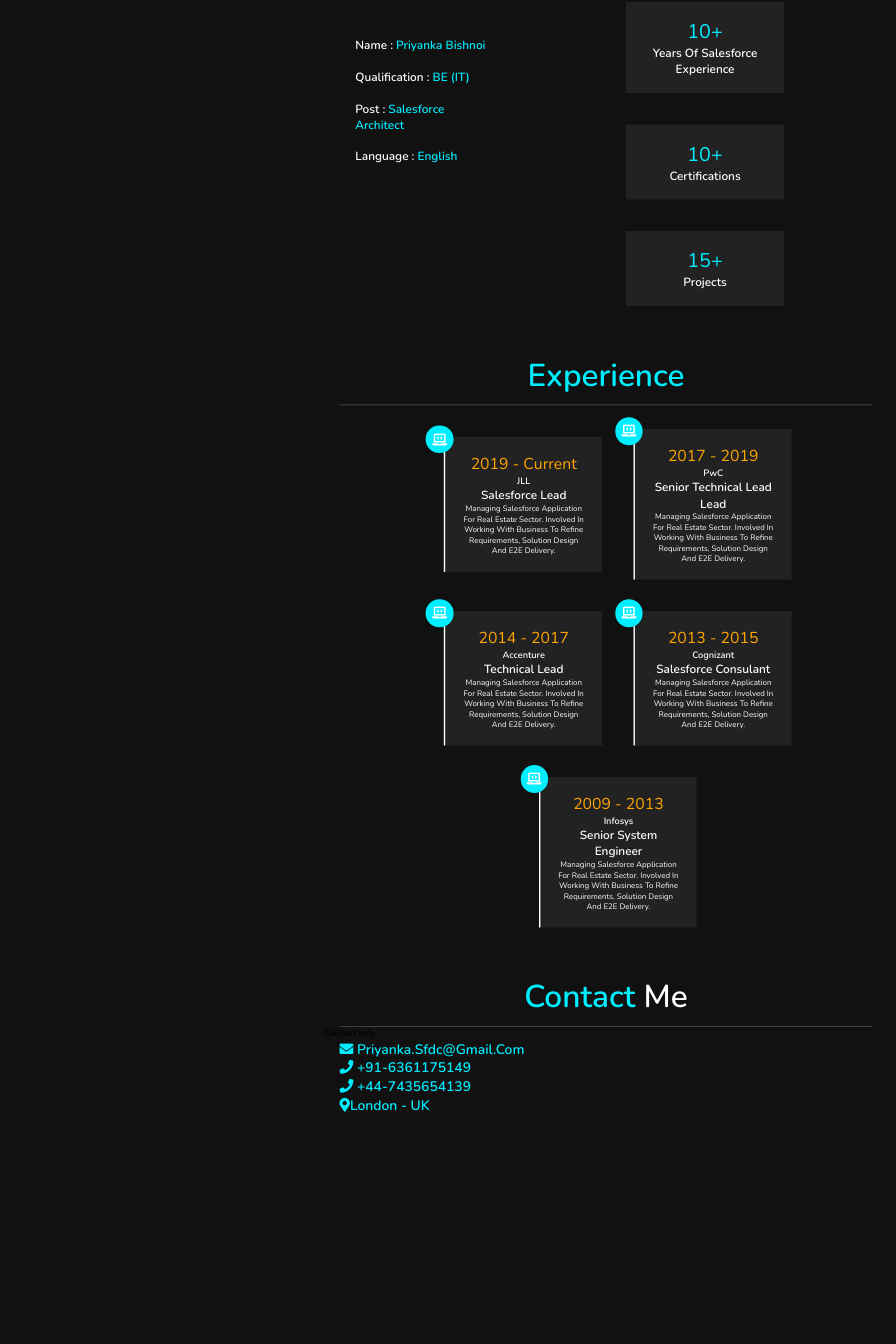
Repository: priyanka-bishnoi/PortfolioPage
Page: MyPage.html
These files come from the project's save history. The page is drawn as it stood at one moment and after the next save; the edit follows.
The browser window is 1280 px wide. The pictures show the part of the page from y = 1000 to 2920 px (the page is 3091 px tall), at 70% of full size.

Above is the page before, as saved 2022-10-09 15:35:51.

After the next save:
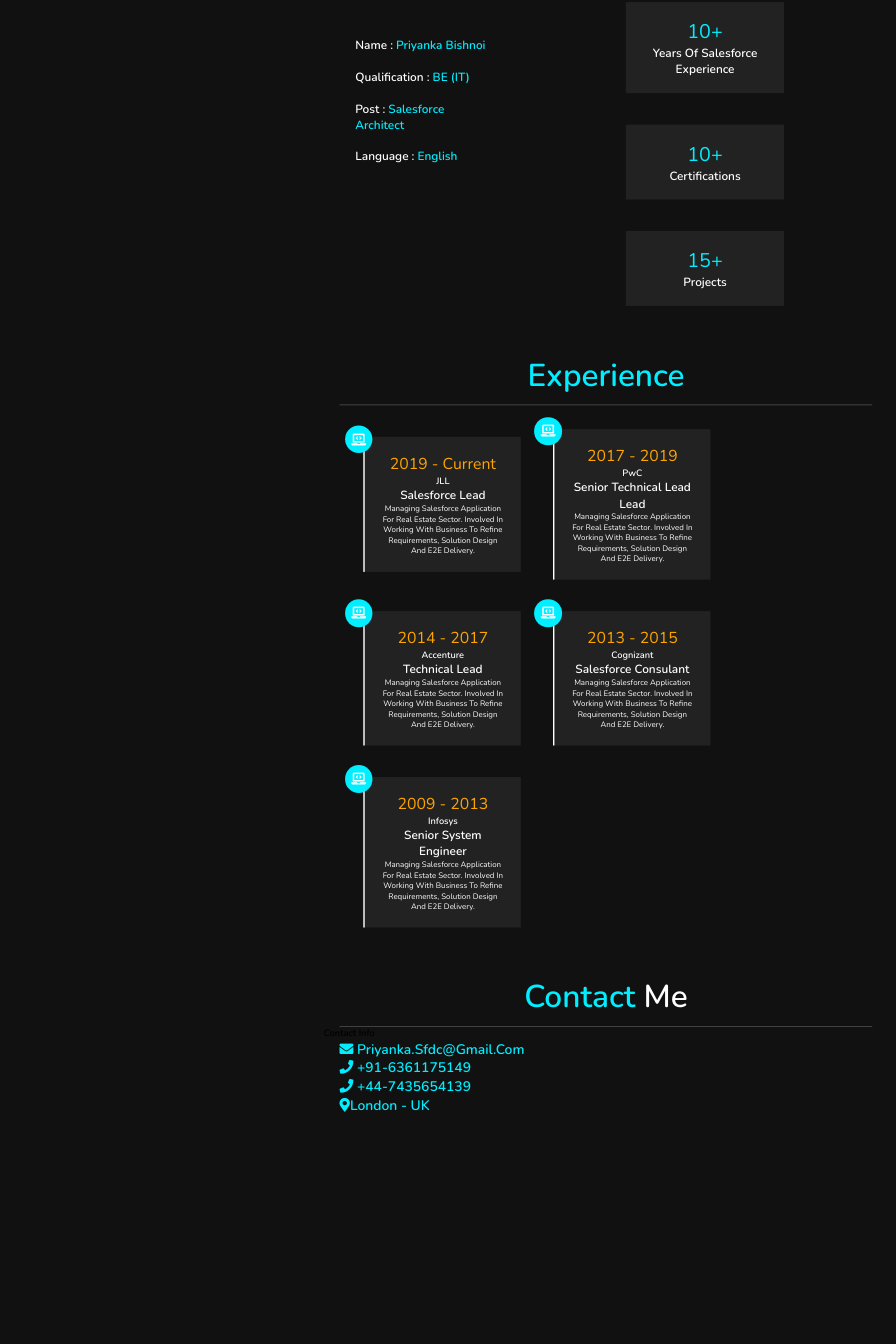
Saved 106 s later.
--- a/css/style.css
+++ b/css/style.css
@@ -199,7 +199,7 @@ header .navBar ul li a:hover{
    }
 .experience .exp {
     display: flex;
-    justify-content: center;
+    justify-content: left;
     flex-wrap: wrap;
     padding: 1rem 0;
     padding-left: 3rem;
